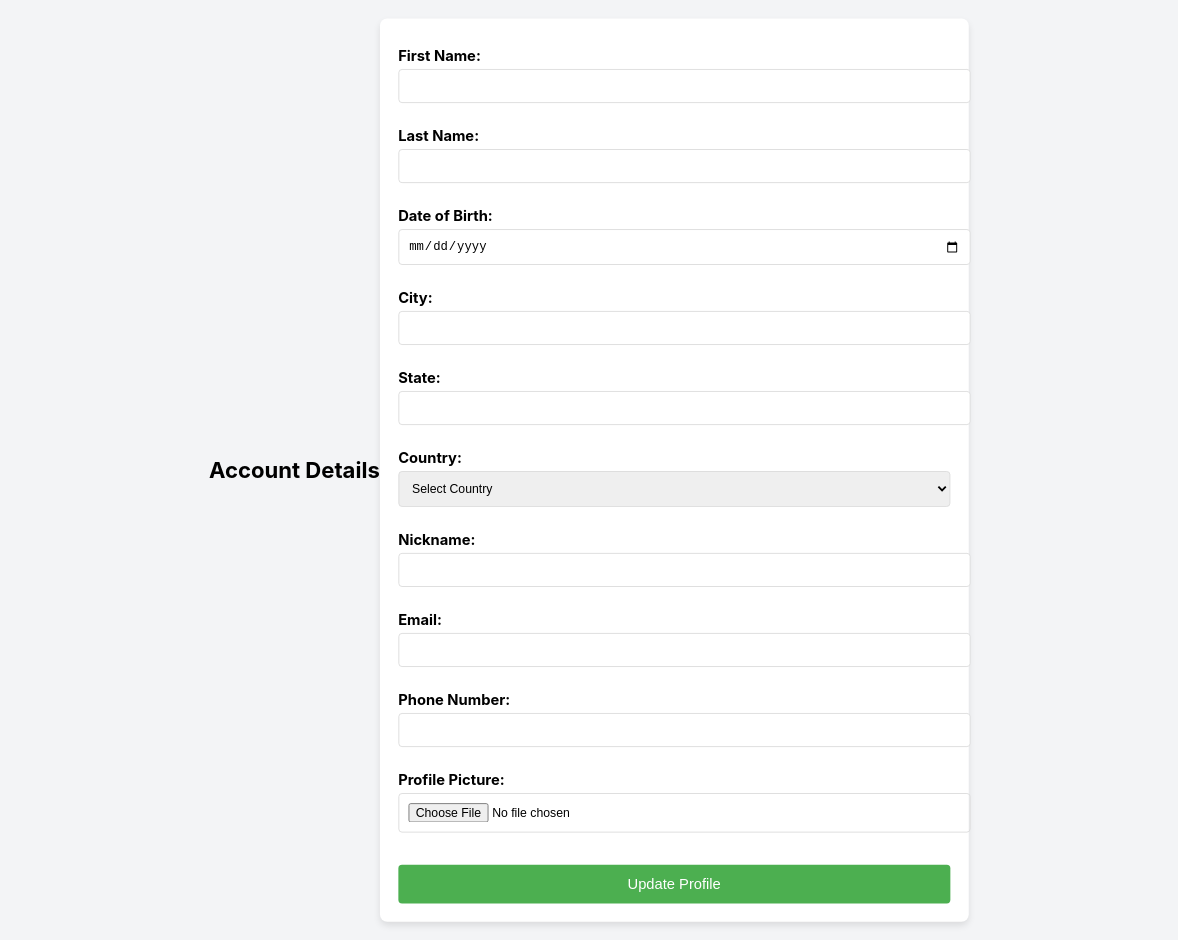
Repository: hamsaram14/dummy4
Page: /profile (app in frontend1/)
The author's editor kept a copy of each file at every save. The page is drawn from the files as they stood at one save, then again after the next save.
The browser window is 1280 px wide. The pictures show the whole page, at 92% of full size.
The page's requests for data from a server got no answer. The project was rebuilt for these pictures with package versions that can differ from the ones it lists, and the page was loaded fresh each time. No one was signed in, and anything a server would have sent is missing.

Above is the page before, as saved 2024-10-11 22:39:43.

### frontend1/src/App.js
// src/App.js
import React from 'react';
import { BrowserRouter as Router, Route, Routes } from 'react-router-dom';
import ProfilePage from './components/ProfilePage';

function App() {
    return (
        <Router>
            <Routes>
                <Route path="/profile" element={<ProfilePage />} />
                {/* Uncomment this if you want ProfilePage as the default route */}
                {/* <Route path="/" element={<ProfilePage />} /> */}
            </Routes>
        </Router>
    );
}

export default App;

### frontend1/src/components/ProfilePage.js
import React, { useState, useEffect } from 'react';
import axios from 'axios';
import './ProfilePage.css';

function ProfilePage() {
    const [profile, setProfile] = useState({
        first_name: '',
        last_name: '',
        date_of_birth: '',
        city: '',
        state: '',
        country: '',
        nickname: '',
        email: '',
        phone_number: '',
        profile_picture: ''
    });
    const [countries, setCountries] = useState([]);
    const [message, setMessage] = useState('');
    const [profileImage, setProfileImage] = useState(null);

    // Fetch profile and countries data on component load
    useEffect(() => {
        console.log("Loading ProfilePage...");
        axios.get('http://127.0.0.1:8000/api/customer/profile/') // Ensure this URL is correct
            .then(response => {
                console.log("Profile data fetched:", response.data);
                setProfile(response.data);
            })
            .catch(error => console.error('Error fetching profile:', error));

        axios.get('https://restcountries.com/v3.1/all')
            .then(response => setCountries(response.data.map(country => country.name.common)))
            .catch(error => console.error('Error fetching countries:', error));
    }, []);

    // Handle input change for form fields
    const handleChange = (e) => {
        setProfile({ ...profile, [e.target.name]: e.target.value });
    };

    // Handle profile picture upload
    const handleImageChange = (e) => {
        setProfileImage(e.target.files[0]);
    };

    // Submit profile updates
    const handleSubmit = async (e) => {
        e.preventDefault();
        const formData = new FormData();
        Object.keys(profile).forEach(key => formData.append(key, profile[key]));
        if (profileImage) {
            formData.append('profile_picture', profileImage);
        }

        try {
            const response = await axios.put('http://127.0.0.1:8000/api/customer/profile/', formData, {
                headers: { 'Content-Type': 'multipart/form-data' }
            });
            console.log("Profile updated:", response.data);
            setMessage('Profile updated successfully!');
            setProfile(response.data);
        } catch (error) {
            console.error('Error updating profile:', error);
            setMessage('Error updating profile.');
        }
    };

    return (
        <div className="profile-page">
            <h2>Account Details</h2>
            {message && <p className="message">{message}</p>}
            <div className="profile-container">
                <form onSubmit={handleSubmit}>
                    <label>First Name:</label>
                    <input
                        type="text"
                        name="first_name"
                        value={profile.first_name || ''}
                        onChange={handleChange}
                    />

                    <label>Last Name:</label>
                    <input
                        type="text"
                        name="last_name"
                        value={profile.last_name || ''}
                        onChange={handleChange}
                    />

                    <label>Date of Birth:</label>
                    <input
                        type="date"
                        name="date_of_birth"
                        value={profile.date_of_birth || ''}
                        onChange={handleChange}
                    />

                    <label>City:</label>
                    <input
                        type="text"
                        name="city"
                        value={profile.city || ''}
                        onChange={handleChange}
                    />

                    <label>State:</label>
                    <input
                        type="text"
                        name="state"
                        value={profile.state || ''}
                        onChange={handleChange}
                    />

                    <label>Country:</label>
                    <select name="country" value={profile.country || ''} onChange={handleChange}>
                        <option value="">Select Country</option>
                        {countries.length > 0 ? (
                            countries.map(country => (
                                <option key={country} value={country}>{country}</option>
                            ))
                        ) : (
                            <option>Loading...</option>
                        )}
                    </select>

                    <label>Nickname:</label>
                    <input
                        type="text"
                        name="nickname"
                        value={profile.nickname || ''}
                        onChange={handleChange}
                    />

                    <label>Email:</label>
                    <input
                        type="email"
                        name="email"
                        value={profile.email || ''}
                        onChange={handleChange}
                    />

                    <label>Phone Number:</label>
                    <input
                        type="text"
                        name="phone_number"
                        value={profile.phone_number || ''}
                        onChange={handleChange}
                    />

                    <label>Profile Picture:</label>
                    <input
                        type="file"
                        name="profile_picture"
                        onChange={handleImageChange}
                    />

                    <button type="submit">Update Profile</button>
                </form>
            </div>
        </div>
    );
}

export default ProfilePage;

### frontend1/src/components/ProfilePage.css
/* ProfilePage.css */

.profile-page {
     display: flex;
    justify-content: center;
    align-items: center;
    min-height: 100vh;
    background-color: #f3f4f6;
    padding: 20px;
    position: relative;
    overflow: hidden;
}

.profile-page h2 {
    text-align: center;
    margin-bottom: 20px;
    font-size: 24px;
    font-weight: bold;
}

.profile-container {
    width: 100%;
    max-width: 600px; /* Adjust as needed for better form width */
    background-color: #ffffff;
    padding: 20px;
    border-radius: 8px;
    box-shadow: 0 4px 8px rgba(0, 0, 0, 0.1);
}

.profile-page label {
    display: block;
    margin-top: 10px;
    font-weight: bold;
}

.profile-page input,
.profile-page select {
    width: 100%;
    padding: 10px;
    margin-top: 5px;
    margin-bottom: 15px;
    border: 1px solid #ddd;
    border-radius: 4px;
}

.profile-page button {
    width: 100%;
    padding: 12px;
    margin-top: 20px;
    background-color: #4CAF50;
    color: white;
    border: none;
    border-radius: 4px;
    font-size: 16px;
    cursor: pointer;
}

.profile-page .message {
    text-align: center;
    color: green;
    font-weight: bold;
}

Loaded but not shown: frontend1/public/index.html (common file); frontend1/src/index.js (common file); frontend1/src/index.css (common file); frontend1/src/reportWebVitals.js (common file)

After the next save:
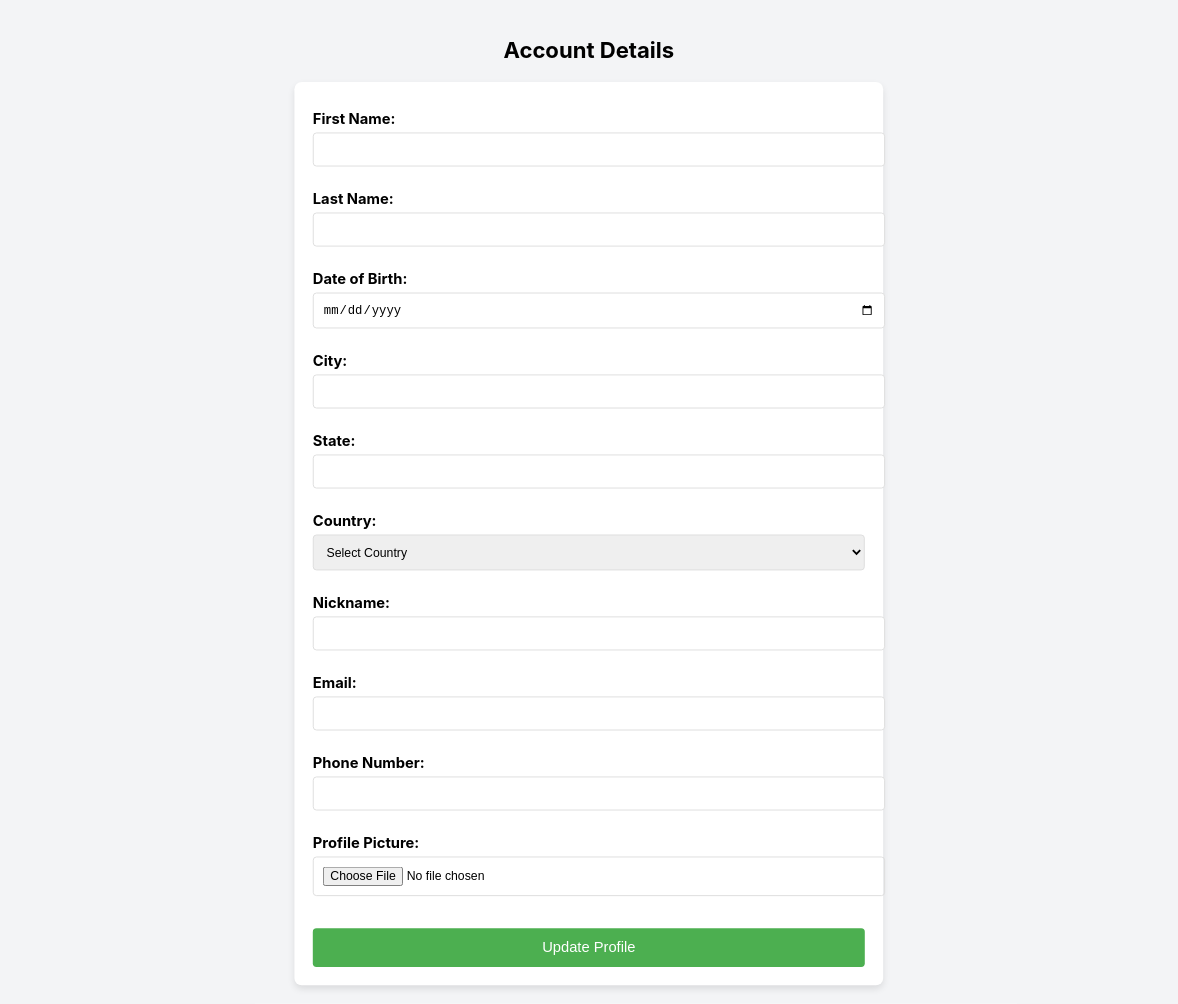
Saved 7 s later.
--- a/frontend1/src/components/ProfilePage.css
+++ b/frontend1/src/components/ProfilePage.css
@@ -1,14 +1,12 @@
 /* ProfilePage.css */
 
 .profile-page {
-     display: flex;
-    justify-content: center;
+    display: flex;
+    flex-direction: column;
     align-items: center;
     min-height: 100vh;
     background-color: #f3f4f6;
     padding: 20px;
-    position: relative;
-    overflow: hidden;
 }
 
 .profile-page h2 {
